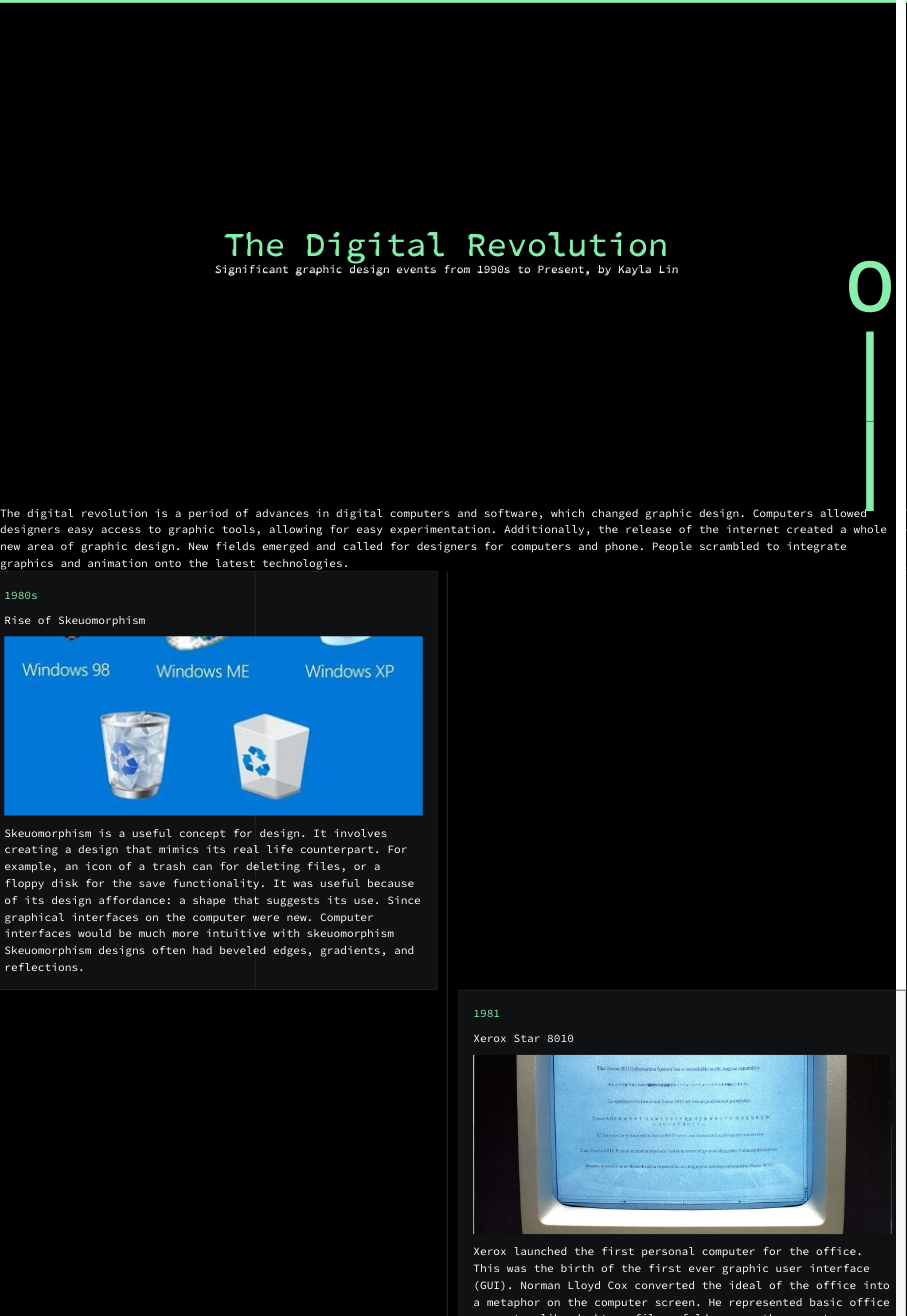
Repository: kayla-lin/graphic-design-timeline
Page: /
An editor plug-in stored every save of this project. The page is shown before and after the next save, followed by the edit.
The browser window is 1280 px wide. The page is 1295 px wide, so the pictures cover 1295 px, including what lies to the right of the window. The pictures show the part of the page from y = 0 to 1880 px (the page is 13918 px tall), at 70% of full size.
The project was rebuilt for these pictures with package versions that can differ from the ones it lists, and the page was loaded fresh each time. The framework's server and built-in components were replaced by stand-ins that run in the browser. Also part of the build but not shown: next.config.js.

Above is the page before, as saved 2023-05-01 23:14:31.

After the next save:
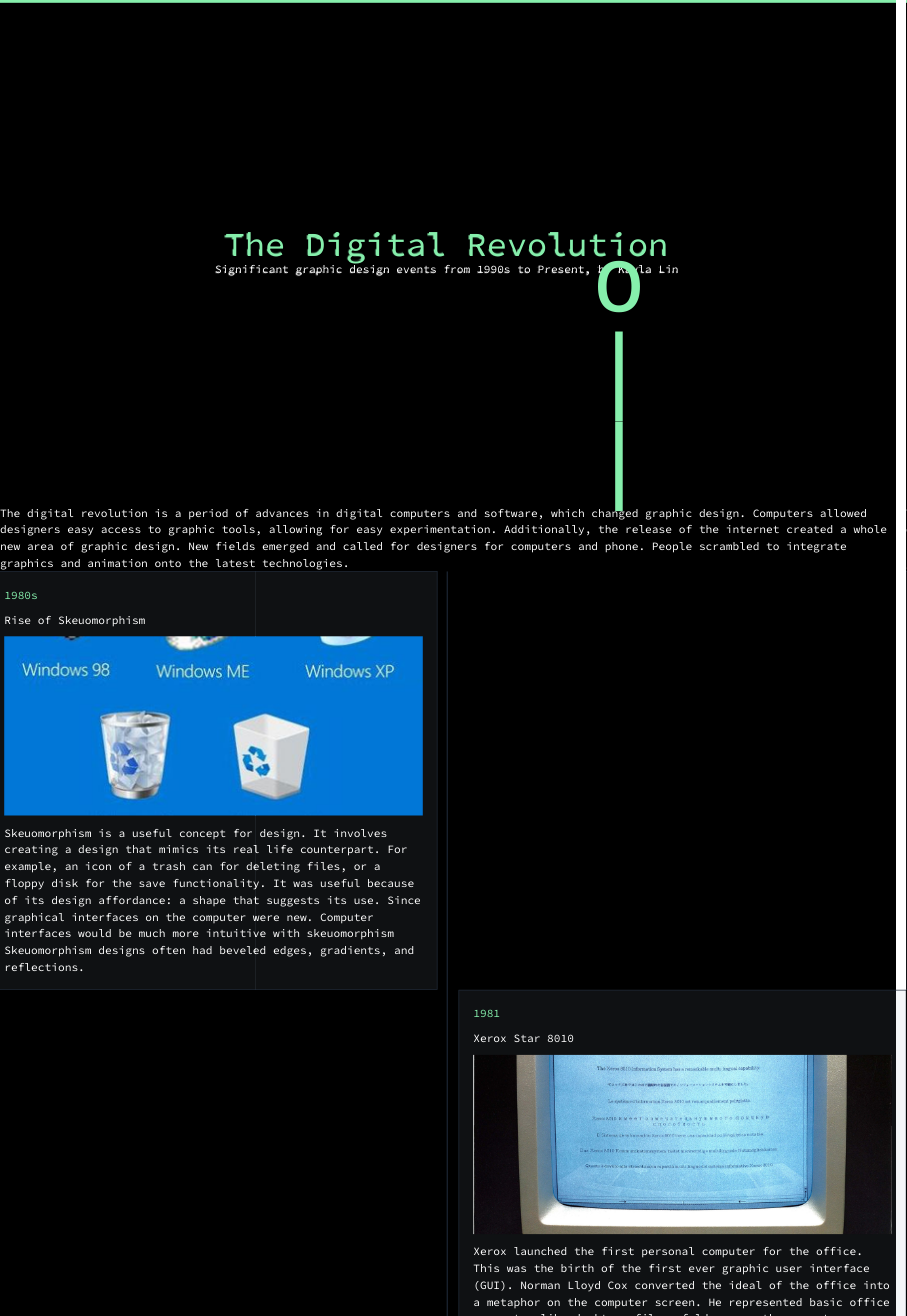
Saved 36 s later.
--- a/pages/components/Introduction/Cartwheel/index.tsx
+++ b/pages/components/Introduction/Cartwheel/index.tsx
@@ -162,7 +162,7 @@
 
   return (
     <span
-      style={{ left: `${currentFrame * 5}%` }}
+      style={{ left: `${currentFrame * 3}%` }}
       dangerouslySetInnerHTML={{ __html: frames[currentFrame] }}
       className="absolute bottom-0 -left-64 text-9xl text-green-300"
     ></span>
